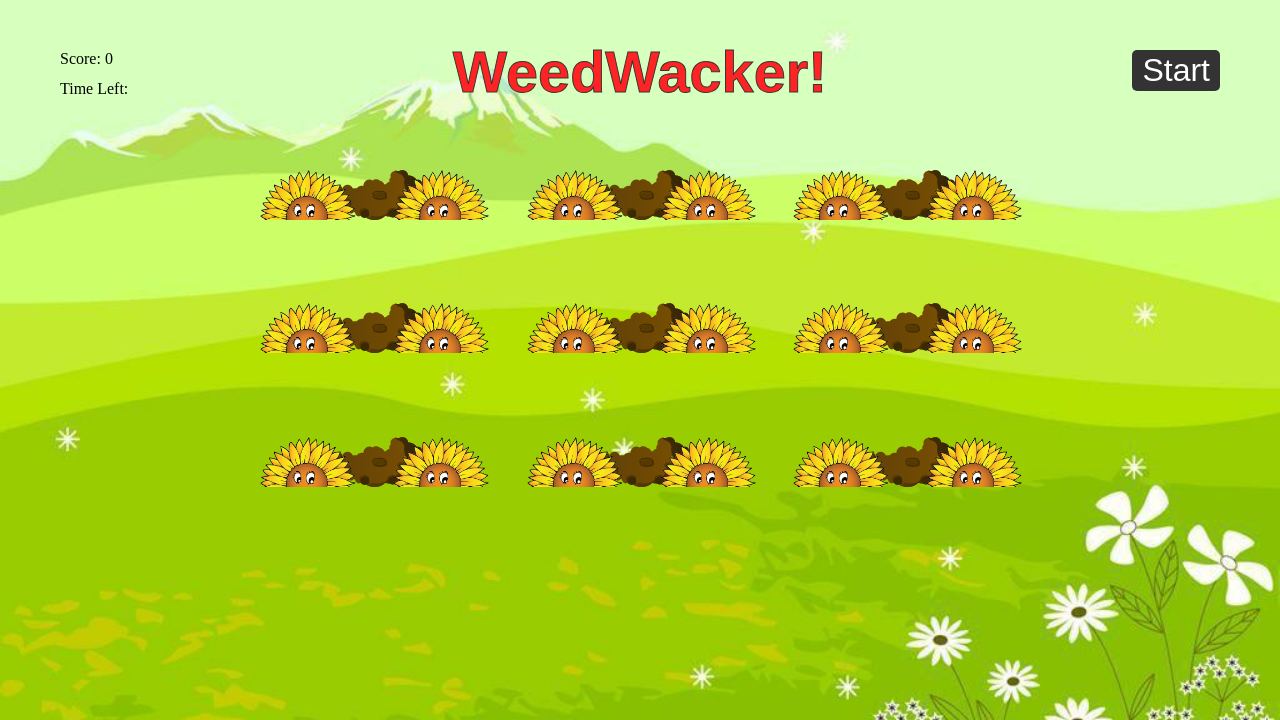
Repository: AustinW24/weedwacker
Page: index.html
These files come from the project's save history. The page is drawn as it stood at one moment and after a run of saves; the edit follows.
The browser window is 1280 px wide. The pictures show the whole page.
Some web fonts or font styles are not loaded; a fallback is used.

Above is the page before, as saved 2022-02-11 10:21:01.

After the next 2 saves:
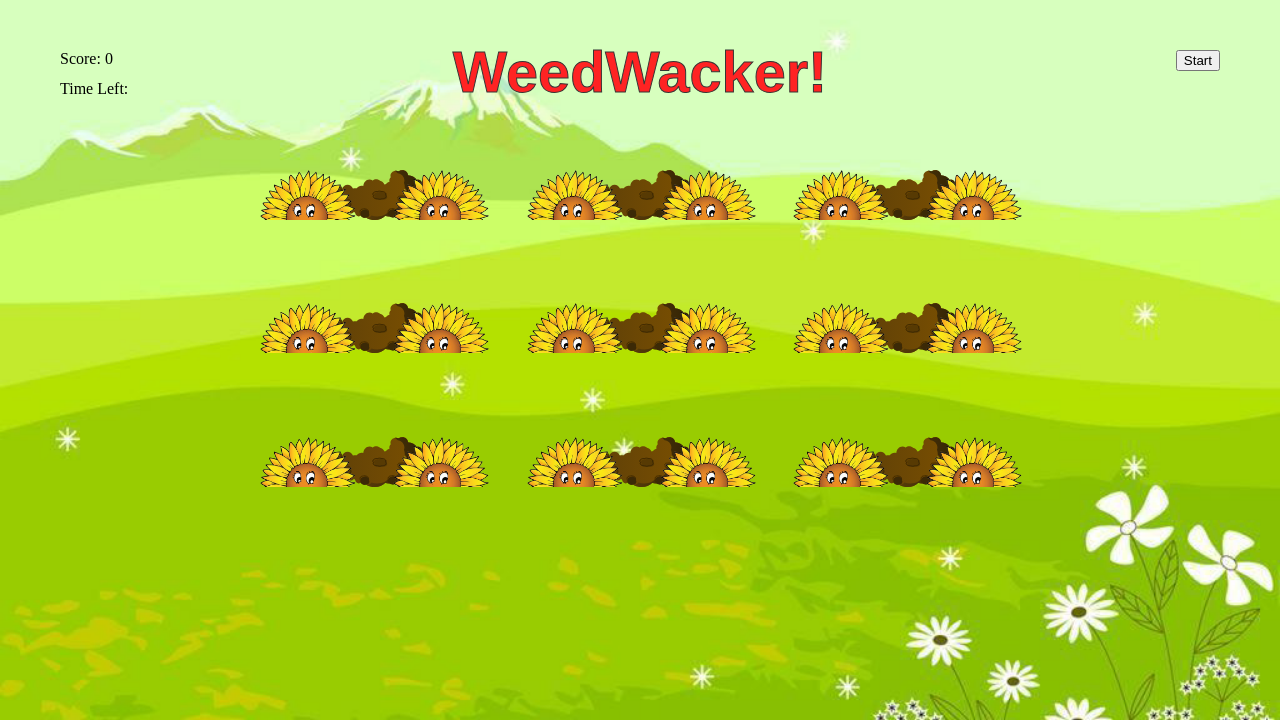
The 2 saves are shown as one change because they came seconds apart.
The last was saved 8 s later.
--- a/style.css
+++ b/style.css
@@ -50,7 +50,7 @@
     background: url("/assets/happyflower.png");
     background-size: 50%;
 }
-
+.plant.up
 
 button {
     font-size: 2rem;

After the 2 saves that followed:
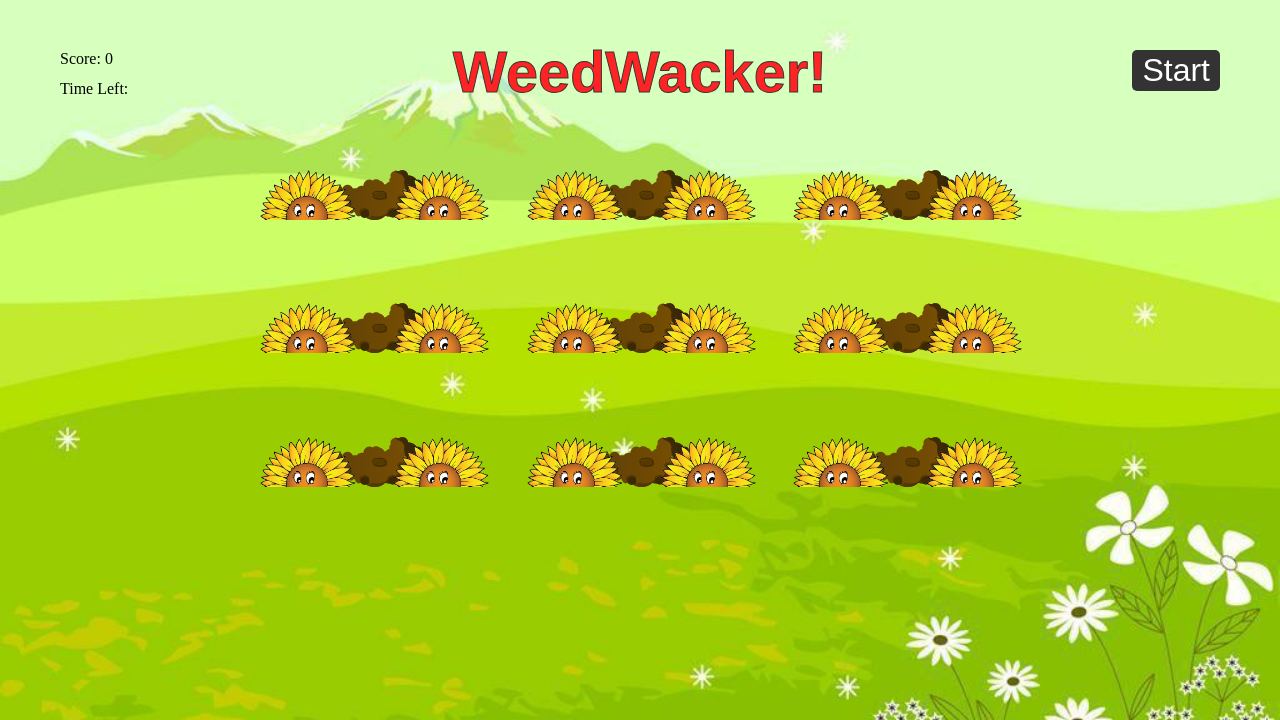
The 2 saves are shown as one change because they came seconds apart.
The last was saved 14 s later.
--- a/style.css
+++ b/style.css
@@ -50,7 +50,9 @@
     background: url("/assets/happyflower.png");
     background-size: 50%;
 }
-.plant.up
+.plant.up {
+
+}
 
 button {
     font-size: 2rem;
